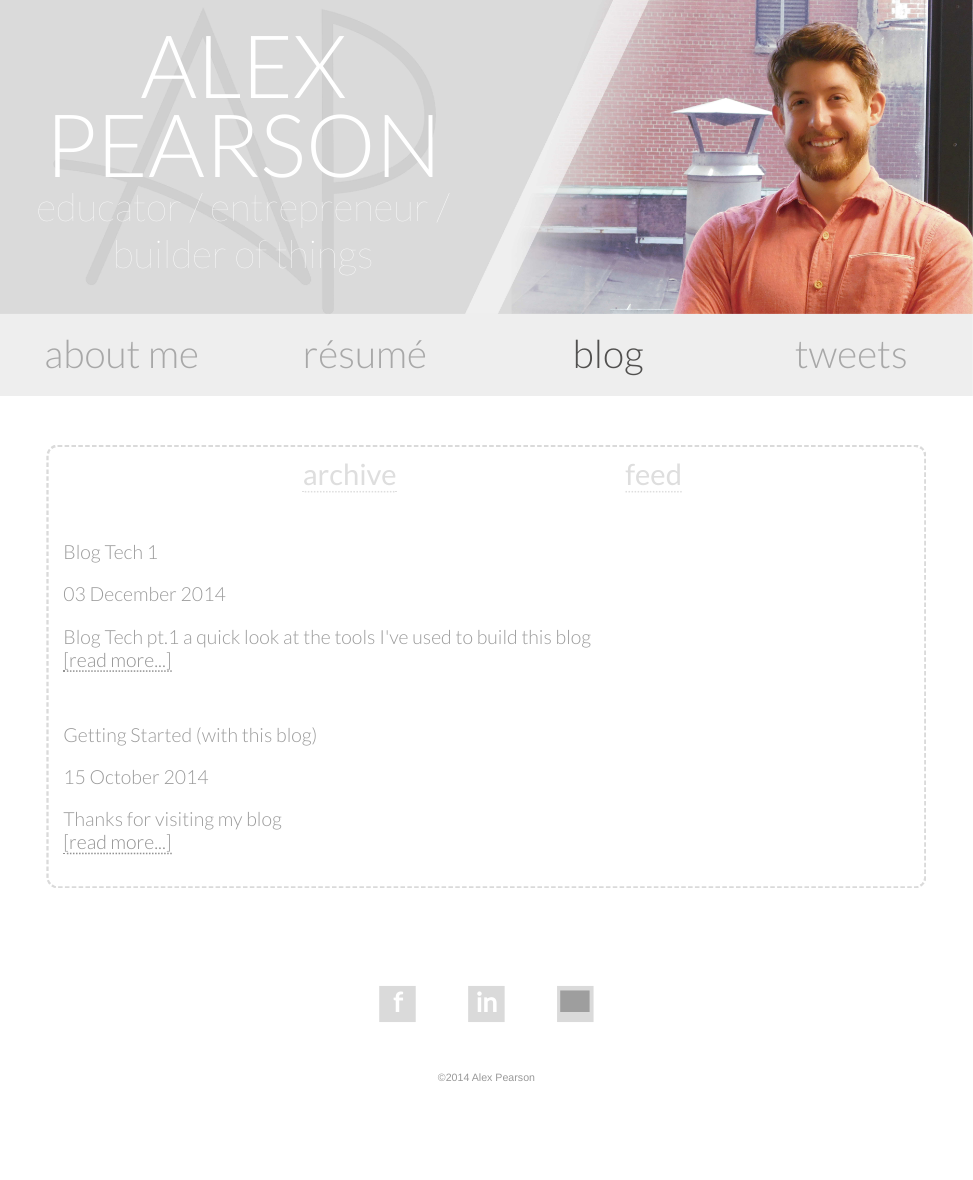
Repository: NAlexPear/personal-page
Page: blog/_site/index.html
The author's editor kept a record of every edit. The page is drawn from the files as they stood at one moment, then again after the next edit.
The browser window is 1280 px wide. The pictures show the whole page, at 76% of full size.
Pictures or frames that could not be fetched are drawn as grey boxes.

Above is the page before.

After the next edit:
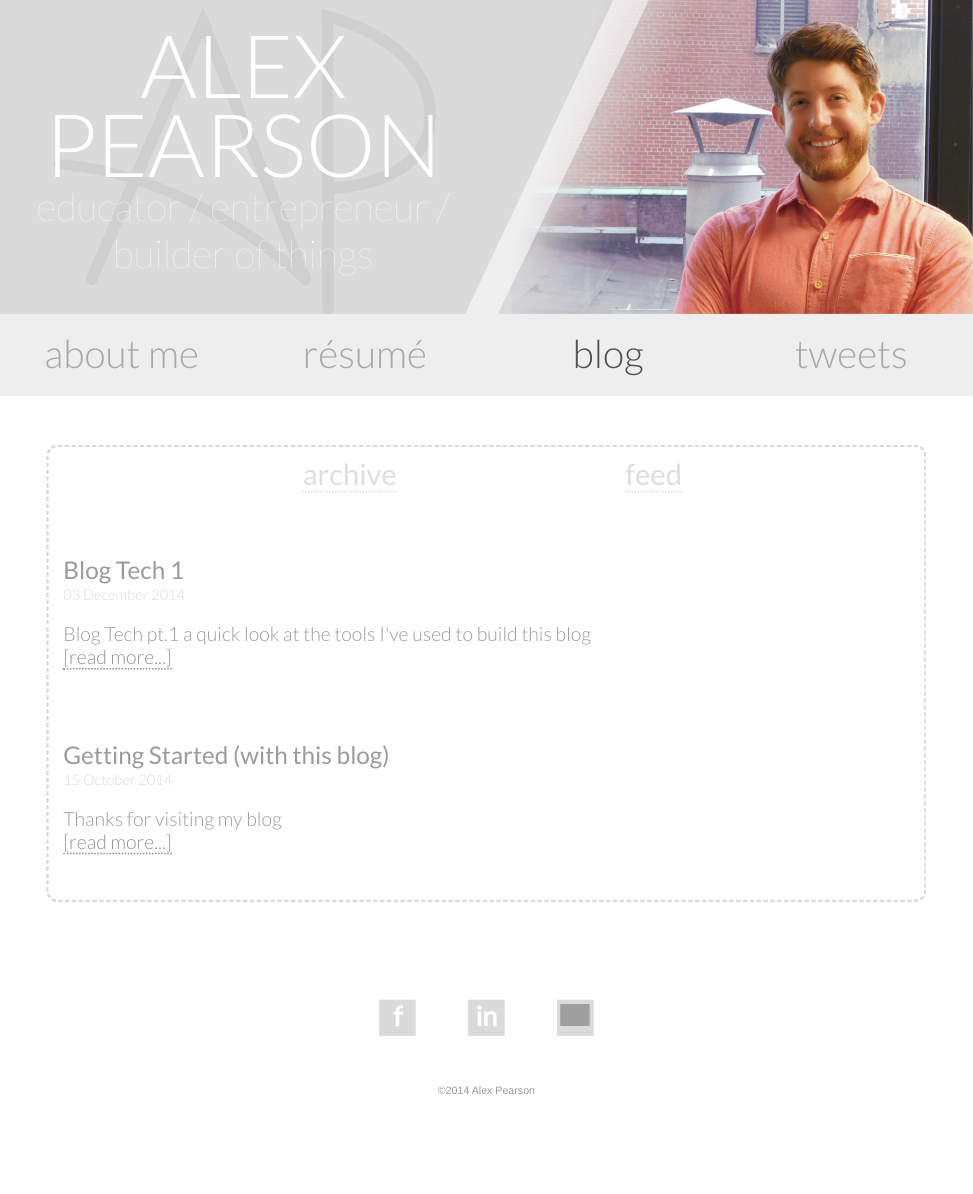
The edit:
--- a/blog/_site/index.html
+++ b/blog/_site/index.html
@@ -75,26 +75,30 @@
                 <li><a href="http://alexpear.com/blog/feed.xml">feed</a></li>
             </ul>
 
-    <a href="/2014/12/03/blog-tech-1/"><p id="post-head">Blog Tech 1</p></a>
-    <p id="post-date">03 December 2014</p>
+  <br>
+    <a href="/blog//2014/12/03/blog-tech-1/"><p style="font-size:2.5vw; font-weight:400;margin-bottom:0; line-height:12%;">Blog Tech 1</p></a>
+    <p style="font-size:1.5vw; color:#dadada;">03 December 2014</p>
     <p>
       Blog Tech pt.1
 
 a quick look at the tools I've used to build this blog
 
       <br>
-      <a href="/blog/2014/12/03/blog-tech-1/"> [read more...]</a>
+      <a href="/blog//2014/12/03/blog-tech-1/"> [read more...]</a>
     </p>
     <br>
+    <br>
 
-    <a href="/blog/2014/10/15/getting-started/"><p id="post-head">Getting Started (with this blog)</p></a>
-    <p id="post-date">15 October 2014</p>
+  <br>
+    <a href="/blog//2014/10/15/getting-started/"><p style="font-size:2.5vw; font-weight:400;margin-bottom:0; line-height:12%;">Getting Started (with this blog)</p></a>
+    <p style="font-size:1.5vw; color:#dadada;">15 October 2014</p>
     <p>
       Thanks for visiting my blog
 
       <br>
-      <a href="/blog/2014/10/15/getting-started/"> [read more...]</a>
+      <a href="/blog//2014/10/15/getting-started/"> [read more...]</a>
     </p>
+    <br>
     <br>
 
 
